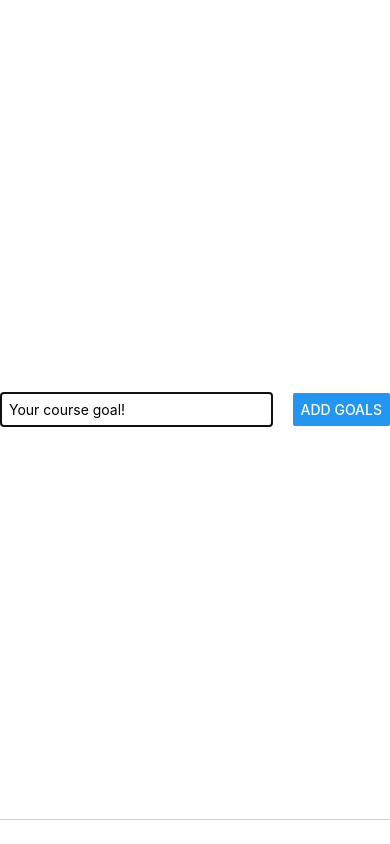
Repository: vanh1604/Todo-List
Screen: /
The author's editor kept a copy of each file at every save. The screen is drawn from the files as they stood at one save, then again after the next save.
The app was drawn by React Native's web renderer in a window 390 px wide. The project was rebuilt for these pictures with package versions that can differ from the ones it lists, and the page was loaded fresh each time. Also part of the build but not shown: Components/GoalItem.js.

Above is the screen before, as saved 2023-06-17 15:20:32.

### App.js
import { useState } from "react";
import { StyleSheet, View, FlatList, Button } from "react-native";
import GoalItem from "./Components/GoalItem";
import GoalInput from "./Components/GoalInput";

export default function App() {
  const [modalIsVisible, setModalIsVisible] = useState(false);
  const [courseGoals, setCourseGoals] = useState([]);

  const addGoalHandler = (enteredGoalText) => {
    setCourseGoals((currentCourseGoals) => [
      ...currentCourseGoals,
      { text: enteredGoalText, id: Math.random().toString() },
    ]);
  };
  const DeleteGoalsHandler = (id) => {
    setCourseGoals((currentCourseGoals) => {
      return currentCourseGoals.filter((goal) => goal.id !== id);
    });
  };
  const startAddGoalHandler = () => {
    setModalIsVisible(true);
  };
  return (
    <View style={styles.appContainer}>
      <Button
        title="Add nNew Goal"
        color="#5e0acc"
        onPress={startAddGoalHandler}
      />
      <GoalInput onAddGoal={addGoalHandler} />
      <View style={styles.goalsContainer}>
        <FlatList
          data={courseGoals}
          renderItem={(itemData) => {
            return (
              <GoalItem
                text={itemData.item.text}
                id={itemData.item.id}
                onDeleteItem={DeleteGoalsHandler}
              />
            );
          }}
          keyExtractor={(item, index) => {
            return item.id;
          }}
          alwaysBounceVertical={false}
        />
      </View>
    </View>
  );
}

const styles = StyleSheet.create({
  appContainer: {
    flex: 1,
    paddingTop: 50,
    paddingHorizontal: 16,
  },
  goalsContainer: {
    flex: 5,
  },
});

### Components/GoalInput.js
import React from "react";
import { StyleSheet, View, TextInput, Button, Modal } from "react-native";
import { useState } from "react";
function GoalInput(props) {
  const [enteredGoalText, setEnteredGoalText] = useState("");
  const goalInputHandler = (enteredText) => {
    setEnteredGoalText(enteredText);
  };
  const addGoal = () => {
    props.onAddGoal(enteredGoalText);
    setEnteredGoalText("");
  };
  return (
    <Modal>
      <View style={styles.inputContainer}>
        <TextInput
          style={styles.textInput}
          placeholder="Your course goal!"
          onChangeText={goalInputHandler}
          value={enteredGoalText}
        ></TextInput>
        <Button title="Add goals" onPress={addGoal} />
      </View>
    </Modal>
  );
}
const styles = StyleSheet.create({
  inputContainer: {
    flex: 1,
    flexDirection: "row",
    justifyContent: "space-between",
    alignItems: "center",
    marginBottom: 24,
    borderBottomWidth: 1,
    borderBottomColor: "#cccccc",
  },
  textInput: {
    borderWidth: 1,
    borderColor: "#cccccc",
    width: "70%",
    marginRight: 8,
    padding: 8,
  },
});
export default GoalInput;

After the next save:
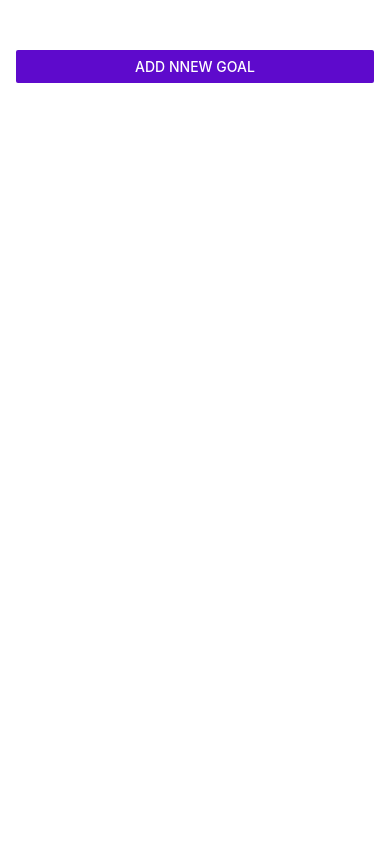
Saved 24 s later.
--- a/App.js
+++ b/App.js
@@ -28,7 +28,7 @@ export default function App() {
         color="#5e0acc"
         onPress={startAddGoalHandler}
       />
-      <GoalInput onAddGoal={addGoalHandler} />
+      {modalIsVisible && <GoalInput onAddGoal={addGoalHandler} />}
       <View style={styles.goalsContainer}>
         <FlatList
           data={courseGoals}
